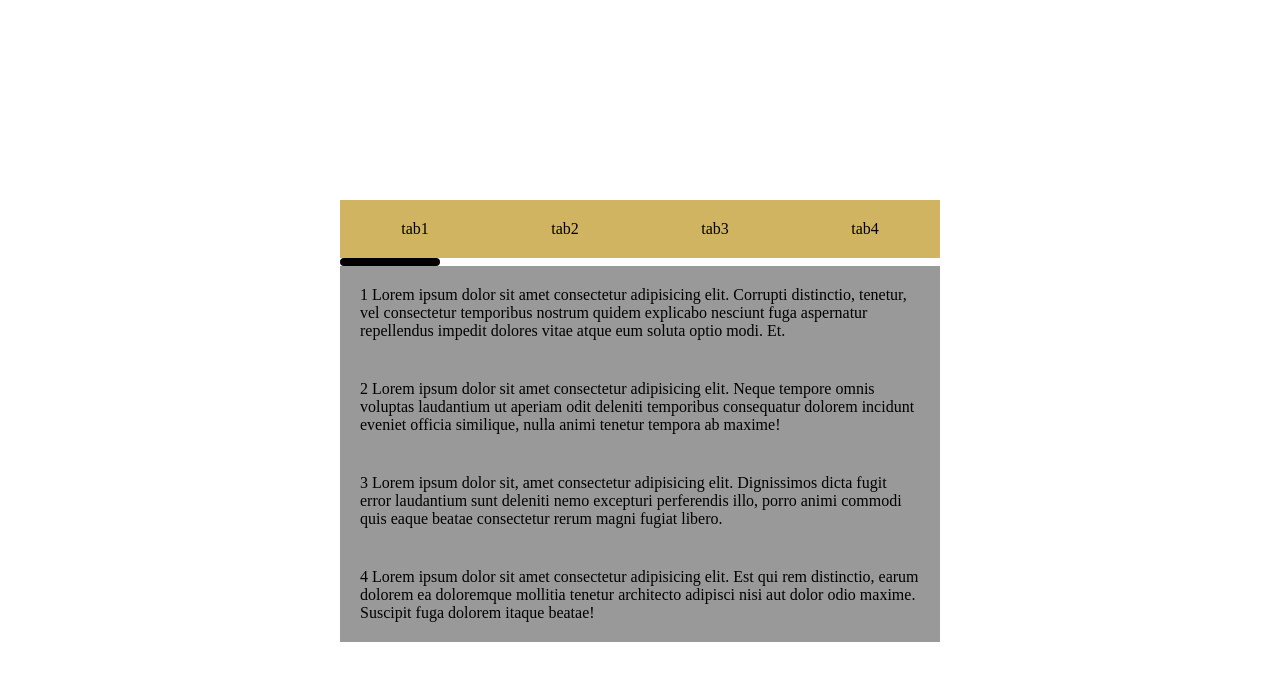
Repository: PCTai/javascript-coban
Page: tab UI/index.html
An editor plug-in stored every save of this project. The page is shown before and after the next save, followed by the edit.
The browser window is 1280 px wide. The pictures show the whole page.

Above is the page before, as saved 2022-02-09 17:00:57.

After the next save:
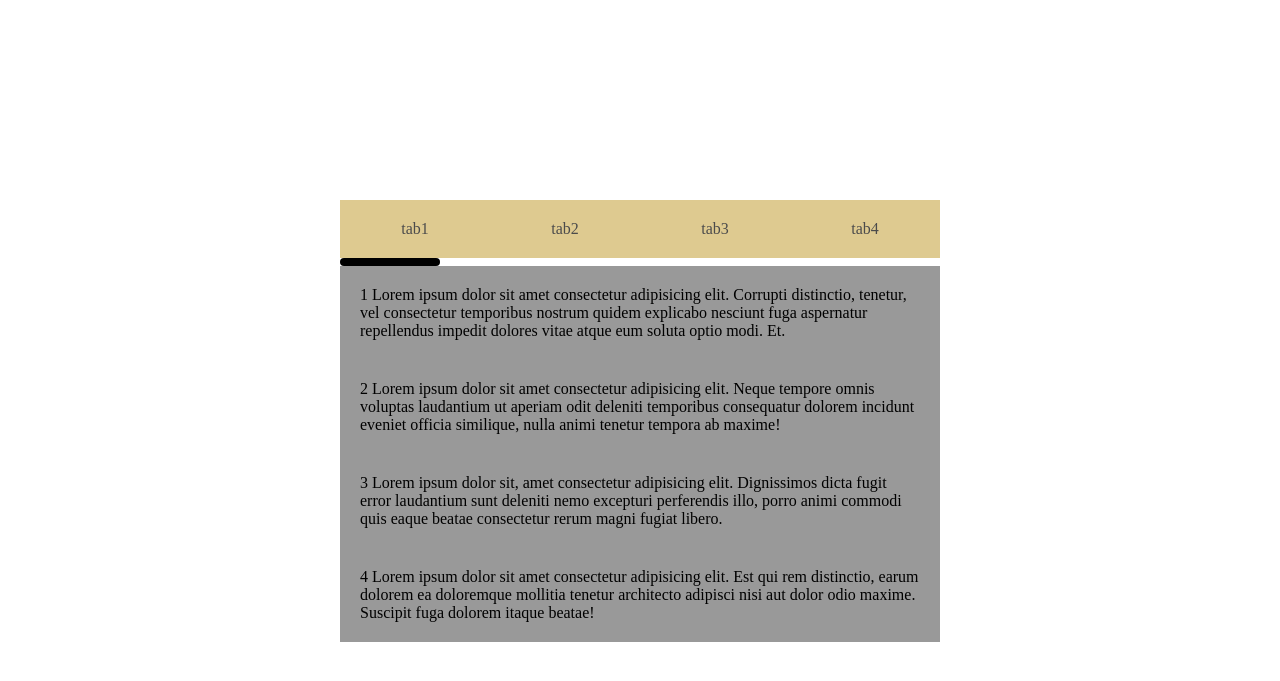
Saved 36 s later.
--- a/tab UI/style.css
+++ b/tab UI/style.css
@@ -18,7 +18,7 @@
     text-align: center;
     padding: 20px 0;
     background-color: rgb(209, 180, 98);
-
+    opacity: 70%;
 }
 .tab-line{
     width: 100px;
